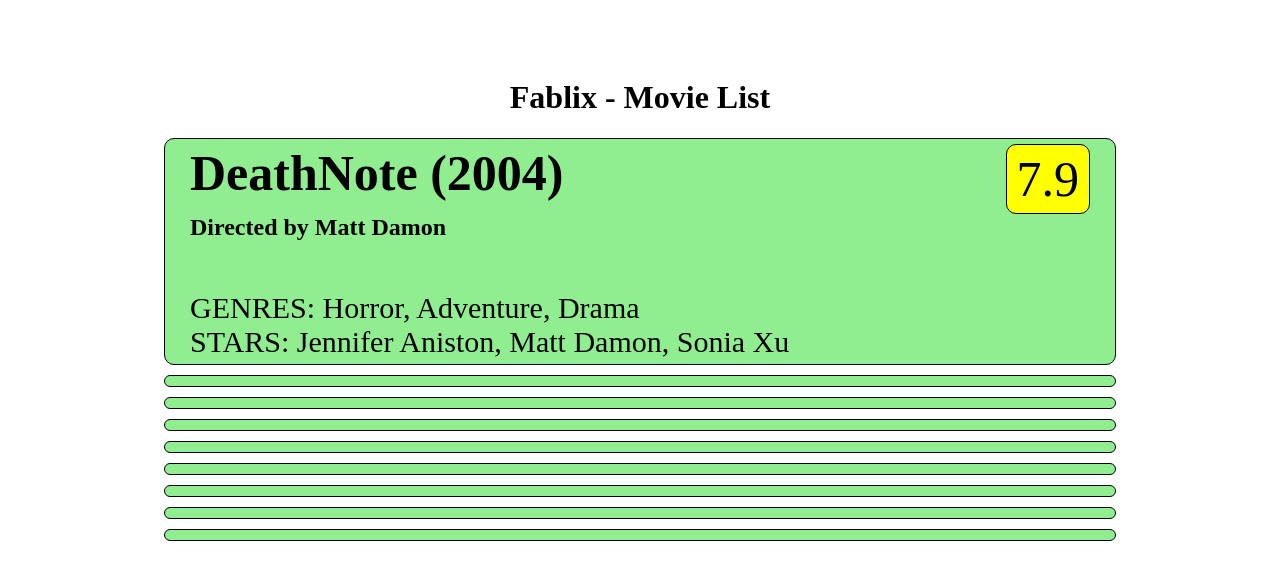
Repository: csumphan/fablix
Page: http://localhost/Project1/
These files come from the project's save history. The page is drawn as it stood at one moment and after the next save; the edit follows.
The browser window is 1280 px wide. The pictures show the whole page.
The page is served by Tomcat 9. Nobody is signed in. The application's start-up code is not run. Other server files are loaded and not shown.

Above is the page before, as saved 2018-01-23 00:15:37.

### Project1/WebContent/index.html
<!DOCTYPE html>
<html>
<head>
<meta charset="UTF-8">
<title>Insert title here</title>
<link type="text/css" href="styles.css" rel="stylesheet"/>
</head>
<body>
	<h1>Fablix - Movie List</h1>
	<div id="movie-list-container">
		<div class="movie-item">
			<div class="header-container">
				<h1>DeathNote <span>(2004)</span></h1>
				<div class="rating">7.9</div>
			</div>
			<div class="sub-header-container">
				<h2>Directed by Matt Damon</h2>
			</div>
			<div class="info-container">
				<div class="genres-container">
					GENRES: Horror, Adventure, Drama
				</div>
				<div class="stars-container">
					STARS: Jennifer Aniston, Matt Damon, Sonia Xu
				</div>
			</div>
		</div>
		<div class="movie-item"></div>
		<div class="movie-item"></div>
		<div class="movie-item"></div>
		<div class="movie-item"></div>
		<div class="movie-item"></div>
		<div class="movie-item"></div>
		<div class="movie-item"></div>
		<div class="movie-item"></div>
	</div>
</body>
</html>

### Project1/WebContent/styles.css
body {
	padding: 50px;
	display: flex;
	justify-content: center;
	align-items: center;
	flex-direction: column;
	background-color: white;
}
#movie-list-container {
	width: 1000px;
	display: flex;
	justify-content: center;
	align-items: center;
	flex-direction: column;
}

.movie-item {
	width: 900px;
	border-radius: 10px;
	border: 1px solid black;
	background-color: lightgreen;
	margin-bottom: 10px;
	padding: 5px 25px;
}

.header-container {
	display: flex;
	justify-content: space-between;
}

.header-container > h1 {
	margin: 0px;
	font-size: 50px;
}

.sub-header-container > h2 {
	margin: 0px;
}

.info-container {
	font-size: 30px;
	margin-top: 50px;
	display: flex;
	flex-direction: column;
}

.rating {
	font-size: 50px;
	border: 1px solid black;
	padding: 5px 10px;
	border-radius: 10px;
	background-color: yellow;
}

.genres-container {
	width: 100%;
}

.stars-container {
	width: 100%;
}

After the next save:
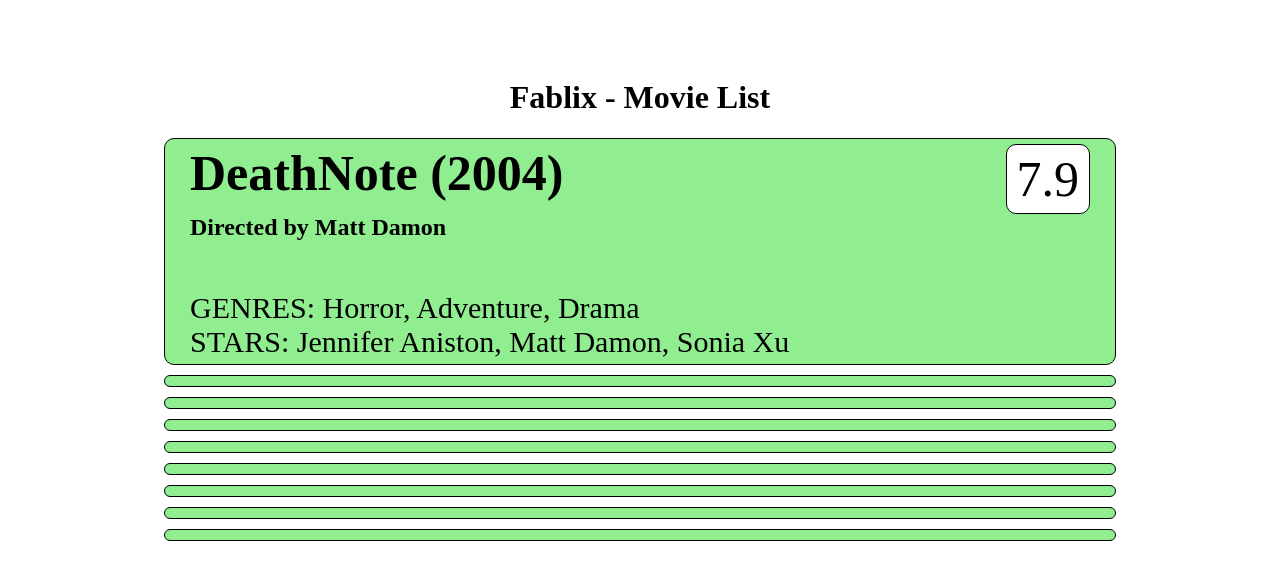
Saved 11 s later.
--- a/Project1/WebContent/styles.css
+++ b/Project1/WebContent/styles.css
@@ -49,7 +49,7 @@
 	border: 1px solid black;
 	padding: 5px 10px;
 	border-radius: 10px;
-	background-color: yellow;
+	background-color: white;
 }
 
 .genres-container {
